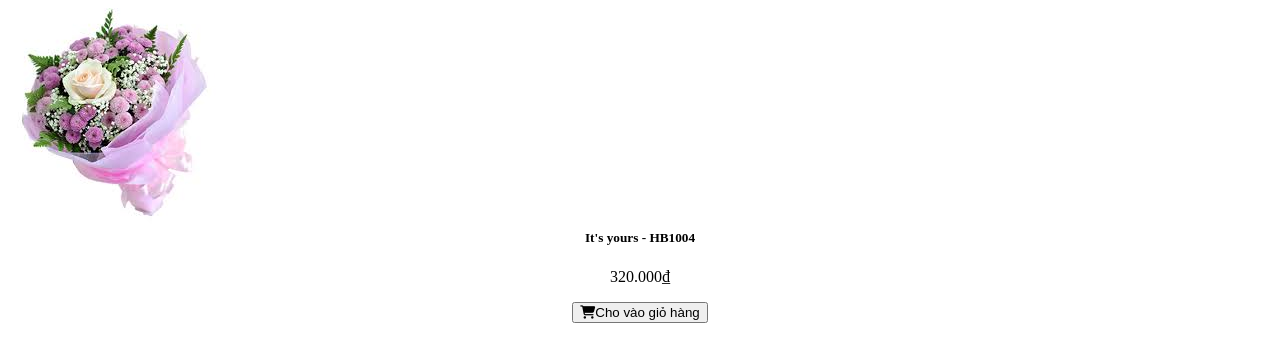
Repository: Tan-Khang21/TH_TKW--Buoi_08
Page: Bai_Tap_Ve_Nha/Bai_01/Bai_01.html
These files come from the project's save history. The page is drawn as it stood at one moment and after the next save; the edit follows.
The browser window is 1280 px wide. The pictures show the whole page.

Above is the page before, as saved 2024-03-13 21:22:00.

### Bai_Tap_Ve_Nha/Bai_01/Bai_01.html
<!DOCTYPE html>
<html lang="en">
  <head>
    <meta charset="UTF-8" />
    <meta name="viewport" content="width=device-width, initial-scale=1.0" />
    <title>Document</title>
  </head>
  <link rel="stylesheet" href="style.css" />
  <link
    rel="stylesheet"
    href="https://cdnjs.cloudflare.com/ajax/libs/font-awesome/6.5.1/css/all.min.css"
    integrity="sha512-DTOQO9RWCH3ppGqcWaEA1BIZOC6xxalwEsw9c2QQeAIftl+Vegovlnee1c9QX4TctnWMn13TZye+giMm8e2LwA=="
    crossorigin="anonymous"
    referrerpolicy="no-referrer"
  />
  <body>
    <div class="container">
      <div class="container_box">
        <div class="images">
          <img src="images/images1.jpg" alt="" />
        </div>
        <h5 class="title">It's yours - HB1004</h5>
        <p>320.000₫</p>
        <button>
          <i class="fa-solid fa-cart-shopping"></i><span>Cho vào giỏ hàng</span>
        </button>
      </div>
    </div>
  </body>
</html>

### Bai_Tap_Ve_Nha/Bai_01/style.css
* {
  box-sizing: border-box;
}
.container_box {
  text-align: center;
}
.images {
  width: 200px;
  height: 200px;
  text-align: center;
}

After the next save:
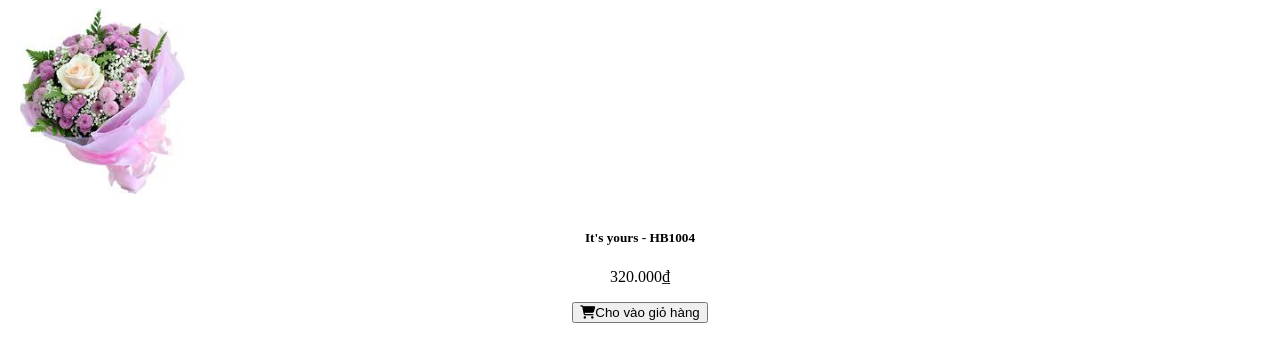
Saved 24 s later.
--- a/Bai_Tap_Ve_Nha/Bai_01/style.css
+++ b/Bai_Tap_Ve_Nha/Bai_01/style.css
@@ -9,3 +9,7 @@
   height: 200px;
   text-align: center;
 }
+.images img {
+  width: 100%;
+  height: 100%;
+}
